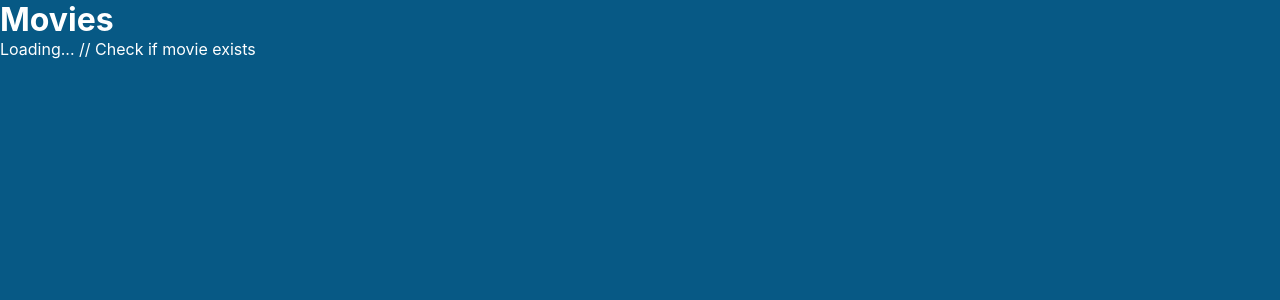
Repository: sbodova24/REACT__MovieApp
Page: /
The author's editor kept a copy of each file at every save. The page is drawn from the files as they stood at one save, then again after the next save.
The browser window is 1280 px wide. The pictures show the whole page.
The page's requests for data from a server got no answer. The project was rebuilt for these pictures with package versions that can differ from the ones it lists, and the page was loaded fresh each time. No one was signed in, and anything a server would have sent is missing. Also part of the build but not shown: src/components/MovieCard/MovieCard.css, src/components/MovieCard/MovieCard.jsx.

Above is the page before, as saved 2024-11-13 09:54:30.

### src/App.js
import './App.css';
import { useEffect, useState } from 'react';
import axios from 'axios';
import { MovieCard } from './components/MovieCard/MovieCard';

function App() {
  // Change to an object or null
  const [movie, setMovie] = useState(null);

  const getMovies = async () => {
    try {
      const { data } = await axios.get('https://api.themoviedb.org/3/movie/550?api_key=51def6820408da94d7df01a357112de5');
      setMovie(data); // Set the movie data
    } catch (error) {
      console.log(error);
    }
  };

  useEffect(() => {
    getMovies();
  }, []);

  console.log(movie); // To check what you're receiving

  return (
    <div className="App">
      <h1>Movies</h1>
      <main className='main'>
        { movie ? <MovieCard movie={movie} /> : 'Loading...' } // Check if movie exists
      </main>
    </div>
  );
}

export default App;

### src/App.css
* {
margin:0;
padding:0;
box-sizing:border-box;
}

:root{
  background-color: #075985;
  color: #fff;
}
body {
  background-color: #075985;
  overflow-x: hidden;
}
.main{
  display: flex;
  flex-wrap: wrap;
  gap: 1.5rem;

}

Loaded but not shown: public/index.html (common file); src/index.js (common file); src/index.css (common file); src/reportWebVitals.js (common file)

After the next save:
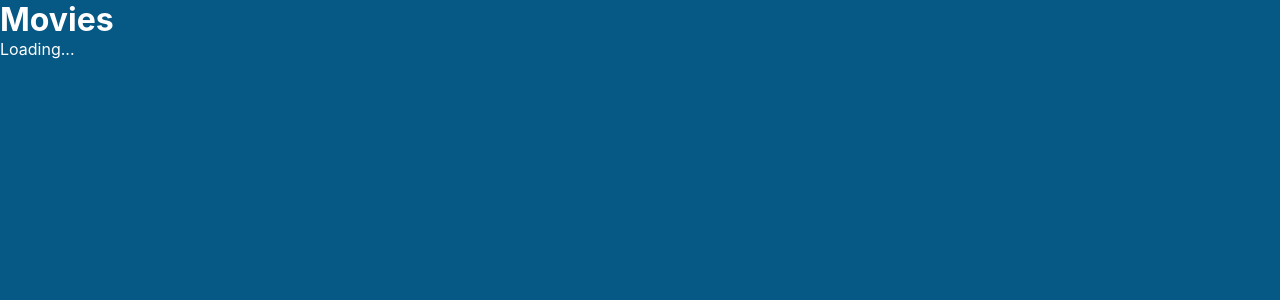
Saved 26 s later.
--- a/src/App.js
+++ b/src/App.js
@@ -26,7 +26,7 @@ function App() {
     <div className="App">
       <h1>Movies</h1>
       <main className='main'>
-        { movie ? <MovieCard movie={movie} /> : 'Loading...' } // Check if movie exists
+        { movie ? <MovieCard movie={movie} /> : 'Loading...' }
       </main>
     </div>
   );
